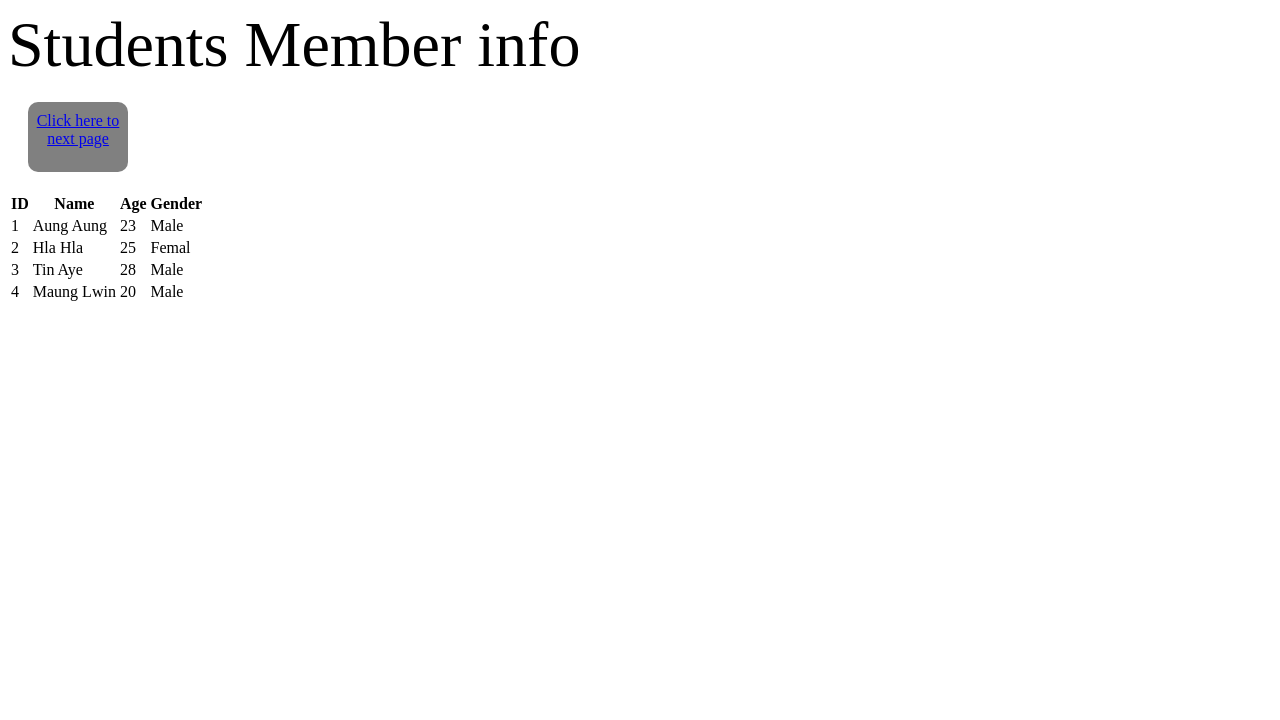
Repository: ThantLwinSoe/Servlet
Page: 01-Communication/src/main/webapp/index.html
An editor plug-in stored every save of this project. The page is shown before and after the next save, followed by the edit.
The browser window is 1280 px wide. The pictures show the whole page.

Above is the page before, as saved 2023-02-07 02:45:59.

After the next save:
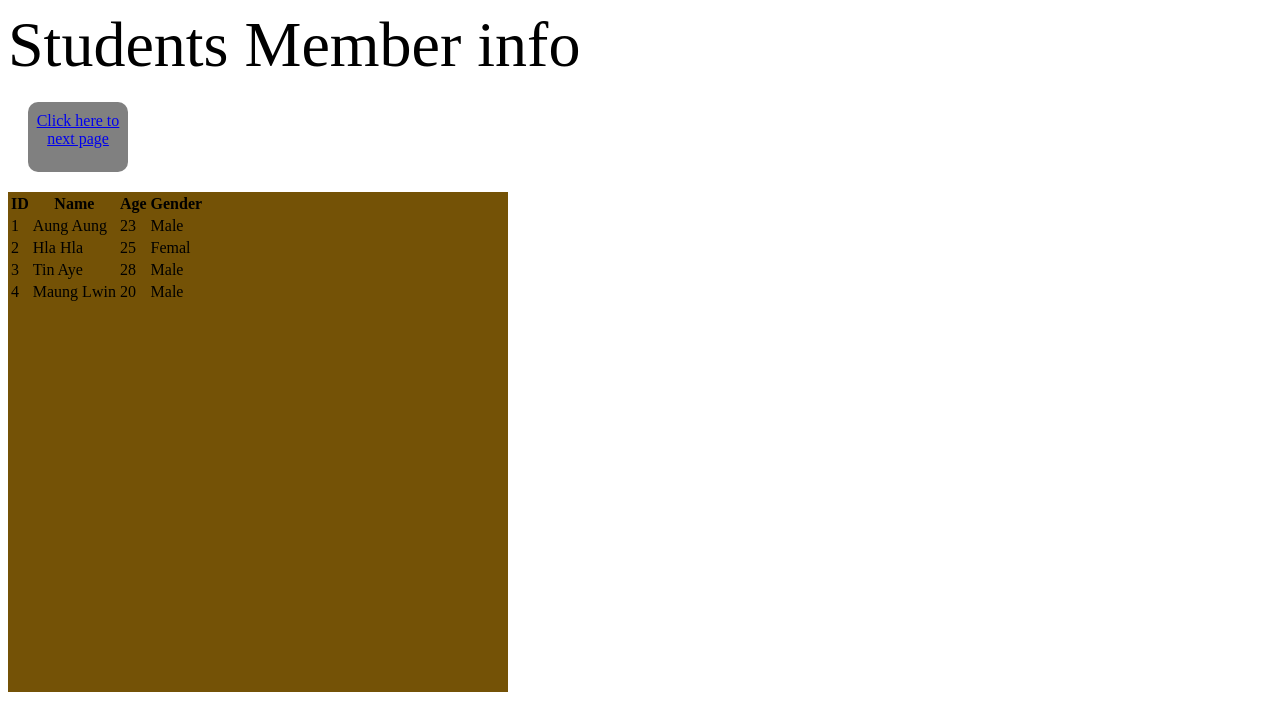
Saved 9 s later.
--- a/01-Communication/src/main/webapp/index.html
+++ b/01-Communication/src/main/webapp/index.html
@@ -20,7 +20,7 @@ h {
 	margin-top: 20px;
 	width: 500px;
 	height: 500px;
-	background: #74526;
+	background: #745206;
 }
 </style>
 <title>Servlet Communication</title>
